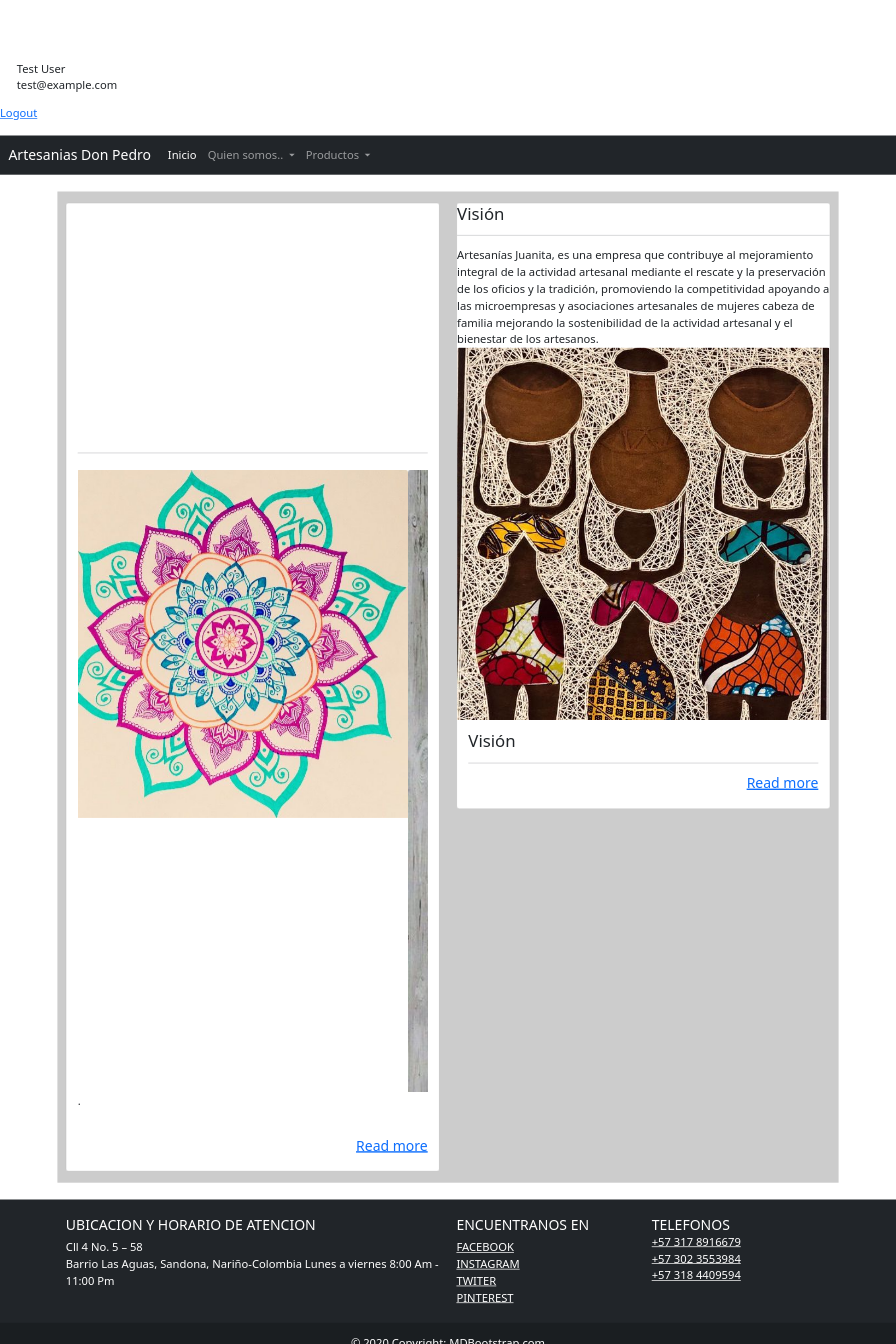
Repository: PG210/taller_artesania
Page: http://localhost/arte/mision
An editor plug-in stored every save of this project. The page is shown before and after the next save, followed by the edit.
The browser window is 1280 px wide. The pictures show the part of the page from y = 2641 to 4561 px (the page is 4587 px tall before and 4985 px after), at 70% of full size.
Pictures or frames that could not be fetched are drawn as grey boxes. The page is served by the project's Laravel application, run on PHP 8.4 with Laravel 8. A made-up administrator, Test User (test@example.com), is signed in. Other server files are loaded and not shown.

Above is the page before, as saved 2021-01-14 15:43:14.

### routes/web.php
<?php

use Illuminate\Support\Facades\Route;
use App\Http\Controllers\Productos;

/*
|--------------------------------------------------------------------------
| Web Routes
|--------------------------------------------------------------------------
|
| Here is where you can register web routes for your application. These
| routes are loaded by the RouteServiceProvider within a group which
| contains the "web" middleware group. Now create something great!
|
*/

Route::get('/', function () {
    return view('welcome');
});
//ruta mision vision
Route::get('arte/vision', function () {
    return view('arte.vision');
});
//histortia
Route::get('arte/historia', function () {
    return view('arte.historia');
});
Route::get('arte/mision', function () {
    return view('arte.mision');
});

//ubicacion
Route::get('arte/ubicacion', function () {
    return view('arte.ubicacion');
});
//productos
Route::get('/productos', [Productos::class, 'index']);

Route::get('/dashboard', function () {
    return view('dashboard');
})->middleware(['auth'])->name('dashboard');

require __DIR__.'/auth.php';

### resources/views/arte/mision.blade.php
<body>

    @extends('layouts.app') @section('content')




    <div class="container">

        <div class="row">

            <!--tarjeta 1 mision hotel-->
            <div class="col-lg-6" style="background-color:#ccc">

                <p>
                    <!-- Card Dark -->
                    <div class="card">

                        <!-- Card image -->
                        <div class="container">
                            <br>
                            <div class="view overlay ">
                                <video loop="true " muted autoplay width="530 " height="300 ">
                    <source src='{{url("/img/video.mp4")}}' type="video/mp4 " alt="Card image cap ">
                <a>
                    <div class="mask " style=" background-color: rgba(230, 179, 179, 0.5) "></div>
                </a>
            </div>
            </div>

          <!-- Card content -->
          <div class="card-body elegant-color white-text rounded-bottom">

            <!-- Social shares button -->

            <!-- Title -->

            <hr class="hr-light">

            <p class="card-text white-text mb-4">

                <div id="carouselExampleSlidesOnly" class="carousel slide" data-bs-ride="carousel">
                    <div class="carousel-inner">
                      <div class="carousel-item active">
                        <img class="card-img-top" src="../img/2.jpg"
                        alt="Card image cap">
                      </div>
                      <div class="carousel-item">
                        <img class="card-img-top" src="../img/3.jpg"
                        alt="Card image cap">
                      </div>
                      <div class="carousel-item">
                        <img class="card-img-top" src="../img/4.jpg"
                        alt="Card image cap">
                      </div>
                    </div>
                  </div>



                 .</p>
                 <br>
            <!-- Link -->
            <a href="#!" class="white-text d-flex justify-content-end">
              <h5>Read more <i class="fas fa-angle-double-right"></i></h5>
            </a>

          </div>

        </div>
        <!-- Card Dark --></p>
  </div>



  <!--tarjeta dos vision-->
  <div class="col-lg-6"  style="background-color:#ccc">

    <p><!-- Card Dark -->
        <div class="card">

          <!-- Card image -->
          <div class="view overlay">
           <h4 class="card-title">Visión</h4>
            <hr class="hr-light">
          Artesanías Juanita, es una empresa que contribuye al mejoramiento integral de la actividad artesanal mediante el rescate y la preservación de los oficios y la tradición, promoviendo la competitividad apoyando a las microempresas y asociaciones artesanales de mujeres cabeza de familia mejorando la sostenibilidad de la actividad artesanal y el bienestar de los artesanos.
            <img class="card-img-top" src="../img/4.jpg"
              alt="Card image cap">
            <a>
              <div class="mask rgba-white-slight"></div>
            </a>
          </div>

          <!-- Card content -->
          <div class="card-body elegant-color white-text rounded-bottom">

            <!-- Social shares button -->

            <!-- Title -->
            <h4 class="card-title">Visión</h4>
            <hr class="hr-light">
            <!-- Text -->

            <!-- Link -->
            <a href="#!" class="white-text d-flex justify-content-end">
              <h5>Read more <i class="fas fa-angle-double-right"></i></h5>
            </a>

          </div>

        </div>
        <!-- Card Dark --></p>
  </div>
</div>
</div>




</div>
@stop

</body>

### resources/views/layouts/app.blade.php
<!DOCTYPE html>
<html lang="{{ str_replace('_', '-', app()->getLocale()) }}">
    <head>
        <meta charset="utf-8">
        <meta name="viewport" content="width=device-width, initial-scale=1">
        <meta name="csrf-token" content="{{ csrf_token() }}">

        <title>{{ config('app.name', 'Laravel') }}</title>

        <!-- Fonts -->
        <link rel="stylesheet" href="https://fonts.googleapis.com/css2?family=Nunito:wght@400;600;700&display=swap">
        <link href="{{ url('/assets/bootstrap/css/bootstrap.min.css') }}" rel="stylesheet">
        <!-- Styles -->
        <link rel="stylesheet" href="{{ asset('css/app.css') }}">

        <!-- Scripts -->
        <script src="{{ asset('js/app.js') }}" defer></script>


    </head>

    <body class="font-sans antialiased">
        <div class="min-h-screen bg-gray-100">
            @include('layouts.navigation')

            <nav class="navbar navbar-expand-lg navbar navbar-dark bg-dark">
  <div class="container-fluid">
    <a class="navbar-brand" href="#">Artesanias Don Pedro</a>
    <button class="navbar-toggler" type="button" data-bs-toggle="collapse" data-bs-target="#navbarNavDropdown" aria-controls="navbarNavDropdown" aria-expanded="false" aria-label="Toggle navigation">
      <span class="navbar-toggler-icon"></span>
    </button>
    <div class="collapse navbar-collapse" id="navbarNavDropdown">
      <ul class="navbar-nav">
        <li class="nav-item">
          <a class="nav-link active" aria-current="page" href="#">Inicio</a>
        </li>


        <li class="nav-item dropdown">
          <a class="nav-link dropdown-toggle" href="#" id="navbarDropdownMenuLink" role="button" data-bs-toggle="dropdown" aria-expanded="false">
            Quien somos..
          </a>
          <ul class="dropdown-menu" aria-labelledby="navbarDropdownMenuLink">
            <li><a class="dropdown-item" href="{{url('/arte/mision')}}">Mision</a></li>
            <li><a class="dropdown-item" href="{{url('/arte/vision')}}">Vision</a></li>
            <li><a class="dropdown-item" href="{{url('/arte/ubicacion')}}">Ubicacion</a></li>
            <li><a class="dropdown-item" href="{{url('/arte/historia')}}">Historia</a></li>
          </ul>
        </li>

        <li class="nav-item dropdown">
          <a class="nav-link dropdown-toggle" href="#" id="navbarDropdownMenuLink" role="button" data-bs-toggle="dropdown" aria-expanded="false">
            Productos
          </a>
          <ul class="dropdown-menu" aria-labelledby="navbarDropdownMenuLink">
            <li><a class="dropdown-item" href="{{url('/productos')}}">Sombreros</a></li>
            <li><a class="dropdown-item" href="#">Mochilas</a></li>
            <li><a class="dropdown-item" href="#">Tejidos</a></li>
            <li><a class="dropdown-item" href="#">Visuterias</a></li>
            <li><a class="dropdown-item" href="#">Ofertas</a></li>
          </ul>
        </li>
      </ul>
    </div>
  </div>
</nav>
<br>
            <!-- Page Heading -->
            <div class="container">
           @yield('content')
           </div>
        </div>
<!--footer-->
<br>
        <footer class="bg-dark text-white text-center text-lg-start">
  <!-- Grid container -->
  <div class="container p-4">
    <!--Grid row-->
    <div class="row">
      <!--Grid column-->
      <div class="col-lg-6 col-md-12 mb-4 mb-md-0">
        <h5 class="text-uppercase">Ubicacion y Horario de Atencion</h5>

        <p>
        <bFooterr>
        Cll 4 No. 5 – 58<br>
        Barrio Las Aguas, Sandona, Nariño-Colombia
        Lunes a viernes 8:00 Am - 11:00 Pm
        </p>
      </div>
      <!--Grid column-->

      <!--Grid column-->
      <div class="col-lg-3 col-md-6 mb-4 mb-md-0">
        <h5 class="text-uppercase">Encuentranos en</h5>

        <ul class="list-unstyled mb-0">
          <li>
            <a href="#!" class="text-white">FACEBOOK</a>
          </li>
          <li>
            <a href="#!" class="text-white">INSTAGRAM</a>
          </li>
          <li>
            <a href="#!" class="text-white">TWITER</a>
          </li>
          <li>
            <a href="#!" class="text-white">PINTEREST</a>
          </li>
        </ul>
      </div>
      <!--Grid column-->

      <!--Grid column-->
      <div class="col-lg-3 col-md-6 mb-4 mb-md-0">
        <h5 class="text-uppercase mb-0">TELEFONOS</h5>

        <ul class="list-unstyled">
          <li>
            <a href="#!" class="text-white">+57 317 8916679</a>
          </li>
          <li>
            <a href="#!" class="text-white">+57 302 3553984</a>
          </li>
          <li>
            <a href="#!" class="text-white">+57 318 4409594</a>
          </li>

        </ul>
      </div>
      <!--Grid column-->
    </div>
    <!--Grid row-->
  </div>
  <!-- Grid container -->

  <!-- Copyright -->
  <div class="text-center p-3" style="background-color: rgba(0, 0, 0, 0.2)">
    © 2020 Copyright:
    <a class="text-white" href="https://mdbootstrap.com/">MDBootstrap.com</a>
  </div>
  <!-- Copyright -->
</footer>
<!--end footer-->



        <script src="https://code.jquery.com/jquery-3.5.1.slim.min.js" integrity="sha384-DfXdz2htPH0lsSSs5nCTpuj/zy4C+OGpamoFVy38MVBnE+IbbVYUew+OrCXaRkfj" crossorigin="anonymous"></script>
        <script src="https://cdn.jsdelivr.net/npm/popper.js@1.16.1/dist/umd/popper.min.js" integrity="sha384-9/reFTGAW83EW2RDu2S0VKaIzap3H66lZH81PoYlFhbGU+6BZp6G7niu735Sk7lN" crossorigin="anonymous"></script>
       <script type="text/javascript" src="{{ url('/assets/bootstrap/js/bootstrap.min.js') }}"></script>
    </body>
</html>

### resources/views/layouts/navigation.blade.php
<nav x-data="{ open: false }" class="bg-white border-b border-gray-100">
    <!-- Primary Navigation Menu -->
    <!--aqui cambiar-->
    <div class=" navbar-dark bg-indigo">
        <div class="flex justify-between h-16">
            <div class="flex">
                <!-- Logo -->
                <div class="flex-shrink-0 flex items-center">
                    <a href="{{ route('dashboard') }}">
                        <x-application-logo class="block h-10 w-auto fill-current text-gray-600" />
                    </a>
                </div>

                <!-- Navigation Links -->
                <div class="hidden space-x-8 sm:-my-px sm:ml-10 sm:flex">
                    <x-nav-link :href="route('dashboard')" :active="request()->routeIs('dashboard')">
                        {{ __('Bienvenidos! Tienda Virtual') }}
                    </x-nav-link>
                </div>
            </div>

            <!-- Settings Dropdown -->
            <div class="hidden sm:flex sm:items-center sm:ml-6">
                <x-dropdown align="right" width="48">
                    <x-slot name="trigger">
                        <button class="flex items-center text-sm font-medium text-gray-500 hover:text-gray-700 hover:border-gray-300 focus:outline-none focus:text-gray-700 focus:border-gray-300 transition duration-150 ease-in-out">
                            <div>{{ Auth::user()->name }}</div>

                            <div class="ml-1">
                                <svg class="fill-current h-4 w-4" xmlns="http://www.w3.org/2000/svg" viewBox="0 0 20 20">
                                    <path fill-rule="evenodd" d="M5.293 7.293a1 1 0 011.414 0L10 10.586l3.293-3.293a1 1 0 111.414 1.414l-4 4a1 1 0 01-1.414 0l-4-4a1 1 0 010-1.414z" clip-rule="evenodd" />
                                </svg>
                            </div>
                        </button>
                    </x-slot>

                    <x-slot name="content">
                        <!-- Authentication -->
                        <form method="POST" action="{{ route('logout') }}">
                            @csrf

                            <x-dropdown-link :href="route('logout')"
                                    onclick="event.preventDefault();
                                                this.closest('form').submit();">
                                {{ __('Logout') }}
                            </x-dropdown-link>
                        </form>
                    </x-slot>
                </x-dropdown>
            </div>

            <!-- Hamburger -->
            <div class="-mr-2 flex items-center sm:hidden">
                <button @click="open = ! open" class="inline-flex items-center justify-center p-2 rounded-md text-gray-400 hover:text-gray-500 hover:bg-gray-100 focus:outline-none focus:bg-gray-100 focus:text-gray-500 transition duration-150 ease-in-out">
                    <svg class="h-6 w-6" stroke="currentColor" fill="none" viewBox="0 0 24 24">
                        <path :class="{'hidden': open, 'inline-flex': ! open }" class="inline-flex" stroke-linecap="round" stroke-linejoin="round" stroke-width="2" d="M4 6h16M4 12h16M4 18h16" />
                        <path :class="{'hidden': ! open, 'inline-flex': open }" class="hidden" stroke-linecap="round" stroke-linejoin="round" stroke-width="2" d="M6 18L18 6M6 6l12 12" />
                    </svg>
                </button>
            </div>
        </div>
    </div>

    <!-- Responsive Navigation Menu -->
    <div :class="{'block': open, 'hidden': ! open}" class="hidden sm:hidden">
        <div class="pt-2 pb-3 space-y-1">
            <x-responsive-nav-link :href="route('dashboard')" :active="request()->routeIs('dashboard')">
                {{ __('Dashboard') }}
            </x-responsive-nav-link>
        </div>

        <!-- Responsive Settings Options -->
        <div class="pt-4 pb-1 border-t border-gray-200">
            <div class="flex items-center px-4">
                <div class="flex-shrink-0">
                    <svg class="h-10 w-10 fill-current text-gray-400" xmlns="http://www.w3.org/2000/svg" fill="none" viewBox="0 0 24 24" stroke="currentColor">
                        <path stroke-linecap="round" stroke-linejoin="round" stroke-width="2" d="M16 7a4 4 0 11-8 0 4 4 0 018 0zM12 14a7 7 0 00-7 7h14a7 7 0 00-7-7z" />
                    </svg>
                </div>

                <div class="ml-3">
                    <div class="font-medium text-base text-gray-800">{{ Auth::user()->name }}</div>
                    <div class="font-medium text-sm text-gray-500">{{ Auth::user()->email }}</div>
                </div>
            </div>

            <div class="mt-3 space-y-1">
                <!-- Authentication -->
                <form method="POST" action="{{ route('logout') }}">
                    @csrf

                    <x-responsive-nav-link :href="route('logout')"
                            onclick="event.preventDefault();
                                        this.closest('form').submit();">
                        {{ __('Logout') }}
                    </x-responsive-nav-link>
                </form>
            </div>
        </div>
    </div>
</nav>

Loaded but not shown: routes/auth.php (common file); app/Models/User.php (common file); resources/views/components/application-logo.blade.php (common file); resources/views/components/nav-link.blade.php (common file); resources/views/components/dropdown-link.blade.php (common file); resources/views/components/dropdown.blade.php (common file); resources/views/components/responsive-nav-link.blade.php (common file); public/assets/bootstrap/css/bootstrap.min.css (library); public/assets/bootstrap/js/bootstrap.min.js (library); public/js/app.js (library)

After the next save:
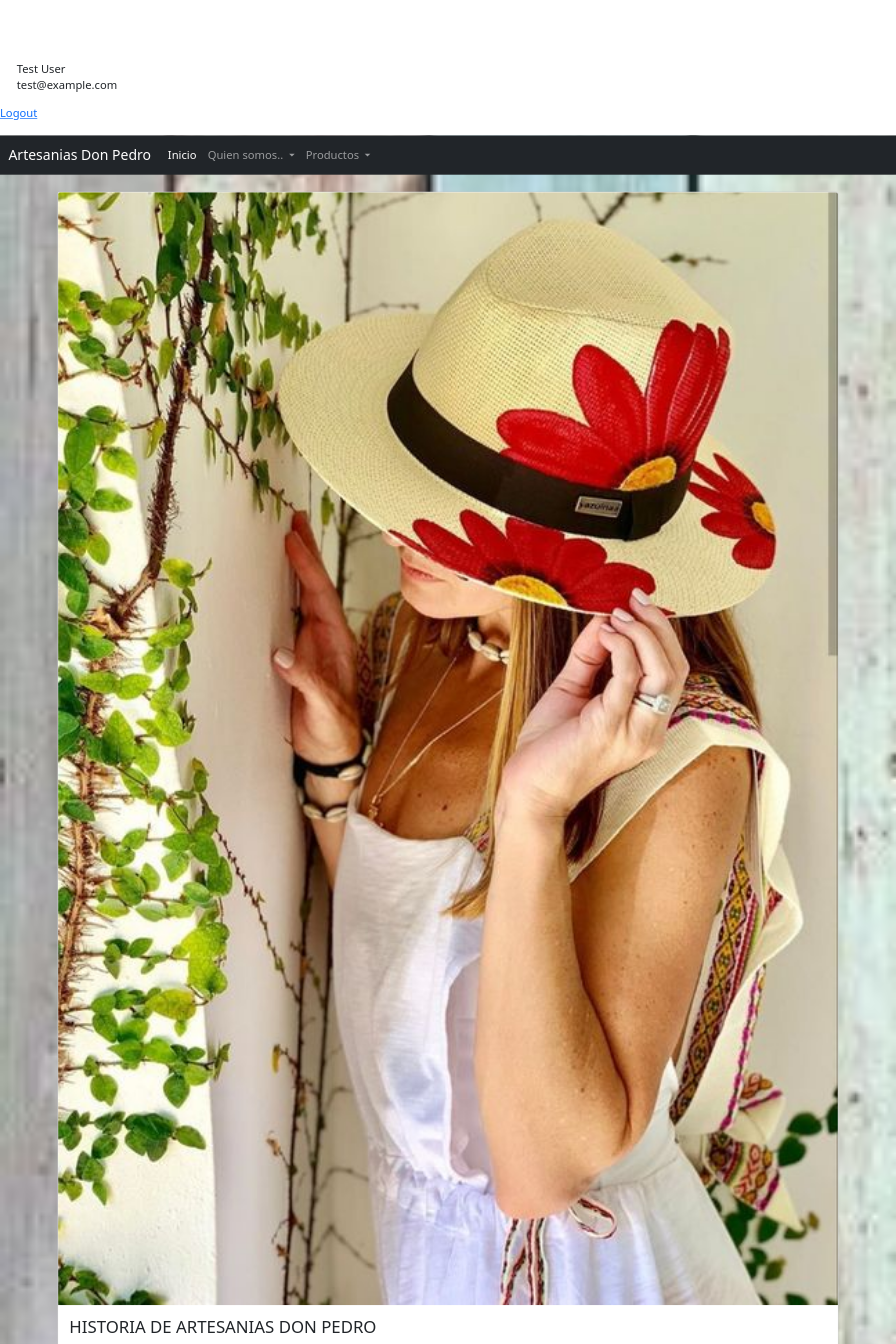
Saved 62 s later.
--- a/resources/views/arte/mision.blade.php
+++ b/resources/views/arte/mision.blade.php
@@ -1,123 +1,46 @@
-<body>
-
+<body background="../img/3.jpg" style="background-repeat: no-repeat;   background-size: cover;">
     @extends('layouts.app') @section('content')
 
+    <!-- Card -->
+    <div class="card">
 
+        <!-- Card image -->
+        <div class="view overlay">
+            <img class="card-img-top" src="../img/8.jpg" alt="Card image cap">
+            <a>
+                <div class="mask rgba-white-slight"></div>
+            </a>
+        </div>
 
+        <!-- Button -->
+        <a class="btn-floating btn-action ml-auto mr-4 mdb-color lighten-3"><i
+          class="fas fa-chevron-right pl-1"></i></a>
 
-    <div class="container">
-
-        <div class="row">
-
-            <!--tarjeta 1 mision hotel-->
-            <div class="col-lg-6" style="background-color:#ccc">
-
-                <p>
-                    <!-- Card Dark -->
-                    <div class="card">
-
-                        <!-- Card image -->
-                        <div class="container">
-                            <br>
-                            <div class="view overlay ">
-                                <video loop="true " muted autoplay width="530 " height="300 ">
-                    <source src='{{url("/img/video.mp4")}}' type="video/mp4 " alt="Card image cap ">
-                <a>
-                    <div class="mask " style=" background-color: rgba(230, 179, 179, 0.5) "></div>
-                </a>
-            </div>
-            </div>
-
-          <!-- Card content -->
-          <div class="card-body elegant-color white-text rounded-bottom">
-
-            <!-- Social shares button -->
+        <!-- Card content -->
+        <div class="card-body">
 
             <!-- Title -->
-
-            <hr class="hr-light">
-
-            <p class="card-text white-text mb-4">
-
-                <div id="carouselExampleSlidesOnly" class="carousel slide" data-bs-ride="carousel">
-                    <div class="carousel-inner">
-                      <div class="carousel-item active">
-                        <img class="card-img-top" src="../img/2.jpg"
-                        alt="Card image cap">
-                      </div>
-                      <div class="carousel-item">
-                        <img class="card-img-top" src="../img/3.jpg"
-                        alt="Card image cap">
-                      </div>
-                      <div class="carousel-item">
-                        <img class="card-img-top" src="../img/4.jpg"
-                        alt="Card image cap">
-                      </div>
-                    </div>
-                  </div>
-
-
-
-                 .</p>
-                 <br>
-            <!-- Link -->
-            <a href="#!" class="white-text d-flex justify-content-end">
-              <h5>Read more <i class="fas fa-angle-double-right"></i></h5>
-            </a>
-
-          </div>
+            <h4 class="card-title">HISTORIA DE ARTESANIAS DON PEDRO</h4>
+            <hr>
+            <!-- Text -->
+            <p class="card-text">Artesania don Pedro inicio el 20 de abril de 1994 como el primer empresa de artesanias elaboradas a mano por personas campesinas de la region.Artesanias don pedro es la empresa de ventas de artesanias más vieja y famosa del municipio de sandona
+                por sus buena calidad e productos que son realizados con productos naturales .Artesanias don Pdro pasó por muchos dueños durante toda su historia.</p>
 
         </div>
-        <!-- Card Dark --></p>
-  </div>
 
+        <!-- Card footer -->
+        <div class="rounded-bottom mdb-color lighten-3 text-center pt-3">
+            <ul class="list-unstyled list-inline font-small">
+                <li class="list-inline-item pr-2 white-text"><i class="far fa-clock pr-1"></i>05/10/2015</li>
+                <li class="list-inline-item pr-2"><a href="#" class="white-text"><i
+                class="far fa-comments pr-1"></i>12</a></li>
+                <li class="list-inline-item pr-2"><a href="#" class="white-text"><i class="fab fa-facebook-f pr-1">
+              </i>21</a></li>
+                <li class="list-inline-item"><a href="#" class="white-text"><i class="fab fa-twitter pr-1"> </i>5</a></li>
+            </ul>
+        </div>
 
-
-  <!--tarjeta dos vision-->
-  <div class="col-lg-6"  style="background-color:#ccc">
-
-    <p><!-- Card Dark -->
-        <div class="card">
-
-          <!-- Card image -->
-          <div class="view overlay">
-           <h4 class="card-title">Visión</h4>
-            <hr class="hr-light">
-          Artesanías Juanita, es una empresa que contribuye al mejoramiento integral de la actividad artesanal mediante el rescate y la preservación de los oficios y la tradición, promoviendo la competitividad apoyando a las microempresas y asociaciones artesanales de mujeres cabeza de familia mejorando la sostenibilidad de la actividad artesanal y el bienestar de los artesanos.
-            <img class="card-img-top" src="../img/4.jpg"
-              alt="Card image cap">
-            <a>
-              <div class="mask rgba-white-slight"></div>
-            </a>
-          </div>
-
-          <!-- Card content -->
-          <div class="card-body elegant-color white-text rounded-bottom">
-
-            <!-- Social shares button -->
-
-            <!-- Title -->
-            <h4 class="card-title">Visión</h4>
-            <hr class="hr-light">
-            <!-- Text -->
-
-            <!-- Link -->
-            <a href="#!" class="white-text d-flex justify-content-end">
-              <h5>Read more <i class="fas fa-angle-double-right"></i></h5>
-            </a>
-
-          </div>
-
-        </div>
-        <!-- Card Dark --></p>
-  </div>
-</div>
-</div>
-
-
-
-
-</div>
-@stop
-
+    </div>
+    <!-- Card -->
+    @stop
 </body>
